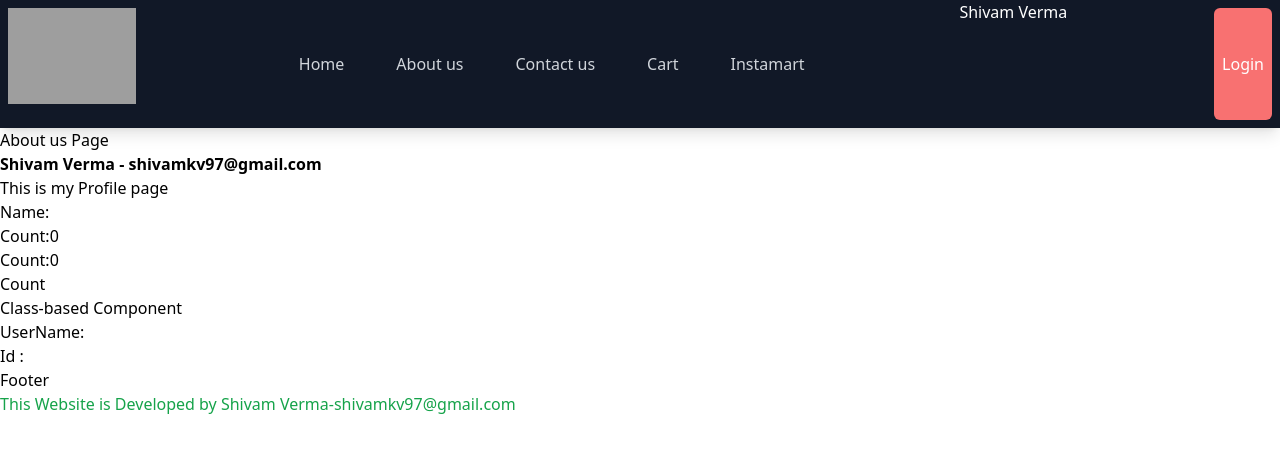
Repository: shivamv97/FOOD-VILLA-APP
Page: /About/profile
An editor plug-in stored every save of this project. The page is shown before and after the next save, followed by the edit.
The browser window is 1280 px wide. The pictures show the whole page.
Pictures or frames that could not be fetched are drawn as grey boxes. The page's requests for data from a server got no answer. The project was rebuilt for these pictures with package versions that can differ from the ones it lists, and the page was loaded fresh each time. No one was signed in, and anything a server would have sent is missing. Also part of the build but not shown: src/config.js, src/components/RestaurantCards.js, src/components/Shimmer.js, src/utils/shares.js, src/components/Body.js, src/components/ContactUs.js, src/utils/useRestaurant.js, src/components/RestaurantMenu.js.

Above is the page before, as saved 2024-09-29 13:25:53.

After the next save:
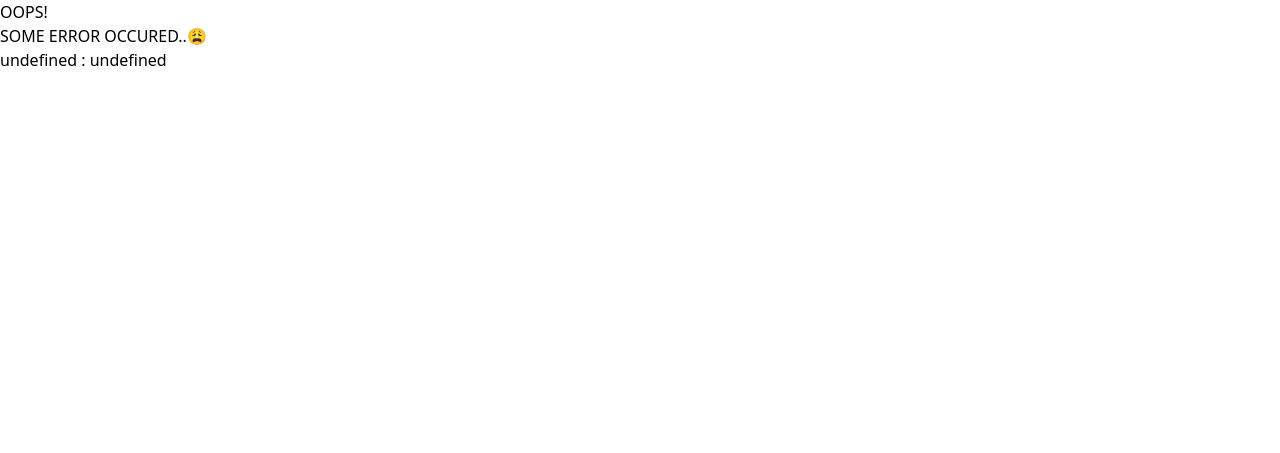
Console error (its wording comes from the project's code and is left out).
Saved 24 s later.
--- a/src/App.js
+++ b/src/App.js
@@ -23,11 +23,7 @@
     email: "shivamkv97@gmail.com",
   });
   return (
-    <UserContext.Provider
-      value={{
-        user: user,
-      }}
-    >
+    <UserContext.Provider>
       <HeaderComponent />
       <Outlet />
       <Footer />

After the save that followed:
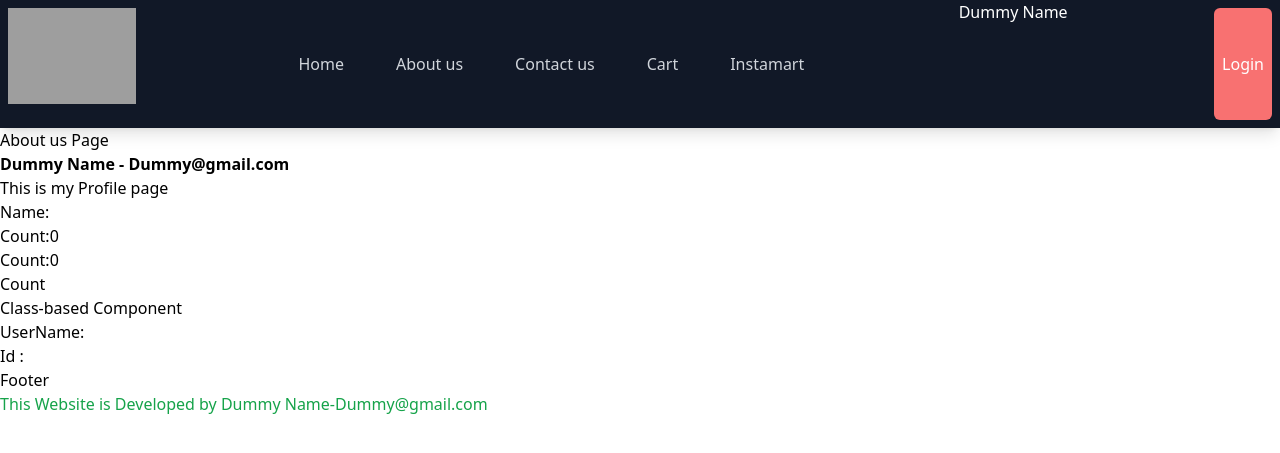
The error is gone.
Saved 14 s later.
--- a/src/App.js
+++ b/src/App.js
@@ -23,11 +23,11 @@
     email: "shivamkv97@gmail.com",
   });
   return (
-    <UserContext.Provider>
+    <>
       <HeaderComponent />
       <Outlet />
       <Footer />
-    </UserContext.Provider>
+    </>
   );
 };
 
